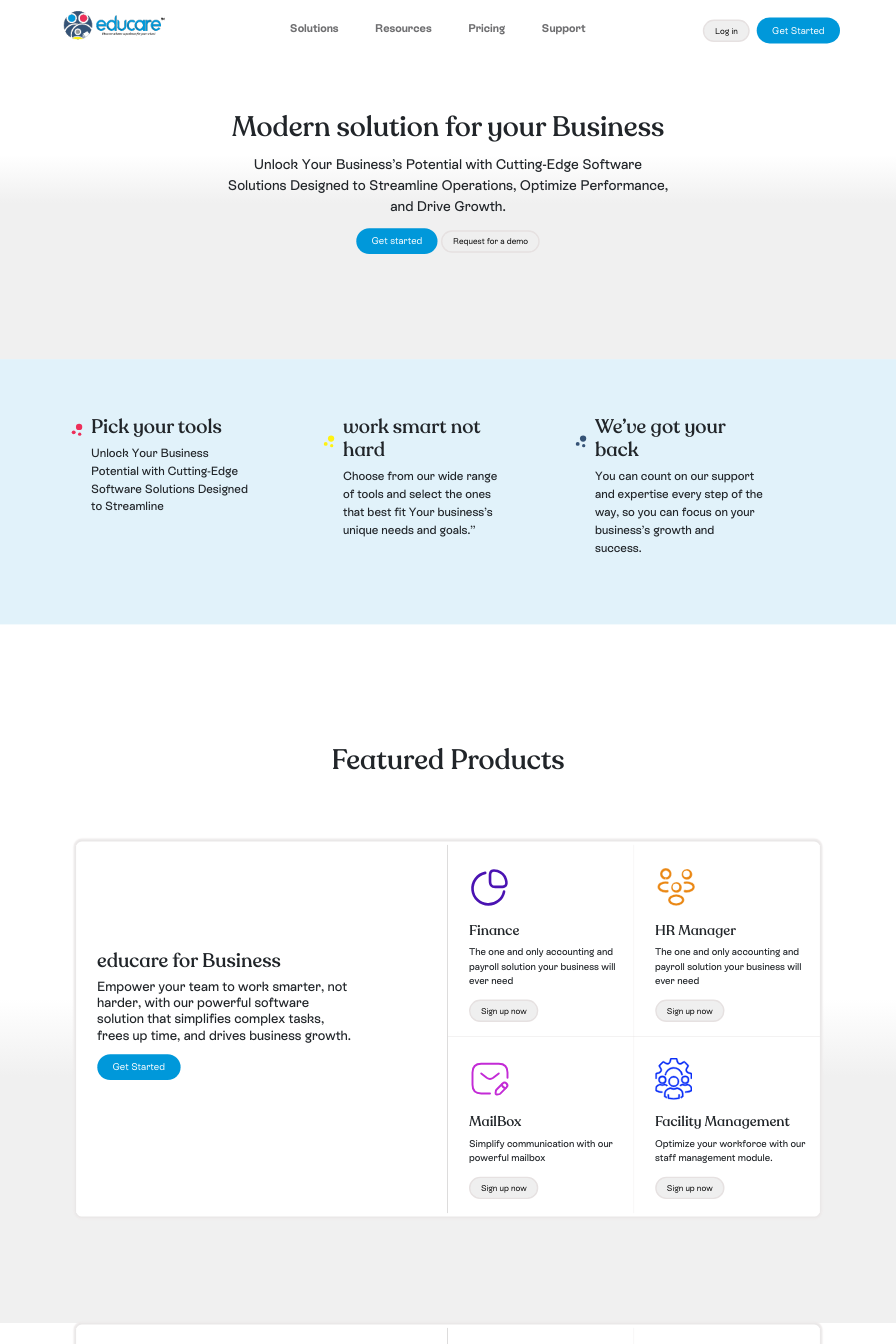
Repository: sarahnnanyelugo/educare-web
Page: /
An editor plug-in stored every save of this project. The page is shown before and after the next save, followed by the edit.
The browser window is 1280 px wide. The pictures show the part of the page from y = 0 to 1920 px (the page is 7665 px tall), at 70% of full size.
The project was rebuilt for these pictures with package versions that can differ from the ones it lists, and the page was loaded fresh each time.

Above is the page before, as saved 2023-04-07 00:31:34.

### src/App.jsx
import React from "react";
import logo from "./logo.svg";
import "./App.scss";
import "bootstrap/dist/css/bootstrap.min.css";
import { BrowserRouter, Routes, Route, Link, Outlet } from "react-router-dom";
import NavBar from "./components/NavBar/NavBar";
import { Home } from "./pages/Home/Home";
import Footer from "./components/Footer/Footer";

function App() {
  return (
    <>
      {" "}
      <NavBar />
      <Routes>
        <Route path="/" element={<Home />} />
      </Routes>
      <Footer />
    </>
  );
}

export default App;

### src/App.scss
@font-face {
  font-family: rebondG;
  src: url(./assets/fonts/Rebond_font/RebondG.otf);
}
@font-face {
  font-family: rebondG-Bold;
  src: url(./assets/fonts/Rebond_font/RebondG-Bold.otf);
}
@font-face {
  font-family: rebondG-Medium;
  src: url(./assets/fonts/Rebond_font/RebondGrotesqueMedium.otf);
}

@font-face {
  font-family: recoMedium;
  src: url(./assets/fonts/Recoleto-font/RecoletaAlt-Medium.ttf);
}

h1,
h2,
h3,
h4,
h5,
h6 {
  font-family: recoMedium;
}
p {
  font-family: rebondG-Medium;
}
@media screen and (min-width: 620px) {
  .flexy {
    display: flex;
  }
}
@media screen and (max-width: 620px) {
  .flexyM {
    display: flex;
  }
}
@media screen and (max-width: 620px) {
  body {
    padding: 0 7px;
  }
}

### src/components/NavBar/NavBar.tsx
import React from "react";
import Logo from "../../assets/images/educare-logo.png";
import { Link, NavLink } from "react-router-dom";
import "./_navbar.scss";

function NavBar() {
  return (
    <div className="navbar-container">
      <div className="logo-holder  ">
        {" "}
        <Link to={"/"}>
          {" "}
          <img className="   logo" src={Logo} alt="Scholar" />
        </Link>
      </div>
      <ul className=" list-inline list-unstyled nav-links-container">
        <li className="list-inline-item">
          <NavLink to={""} className="nav-links">
            Solutions{" "}
            <span>
              <i className="icofont-curved-down"></i>
            </span>
          </NavLink>
        </li>{" "}
        <li className="list-inline-item">
          <NavLink to={""} className="nav-links">
            Resources
          </NavLink>
        </li>{" "}
        <li className="list-inline-item">
          <NavLink to={""} className="nav-links">
            Pricing
          </NavLink>
        </li>{" "}
        <li className="list-inline-item">
          <NavLink to={""} className="nav-links">
            Support
          </NavLink>
        </li>
      </ul>
      <div className="nav-buttons">
        <button className="sign-in-button">Log in</button>
        <button className="get-started-button">Get Started</button>
      </div>
    </div>
  );
}

export default NavBar;

### src/components/Footer/Footer.tsx
import React from "react";
import Logo from "../../assets/images/white-logo.png";
import LinkedIn from "../../assets/images/linkedin.svg";
import FB from "../../assets/images/fb.svg";
import Twitter from "../../assets/images/twitter.svg";
import { Link, NavLink } from "react-router-dom";

import "./_footer.scss";
export const Footer = () => {
  return (
    <>
      <div className="footer-container ">
        <div className="col-md-11 offset-md-1 flexy">
          <div className="col-md-2 logo">
            {" "}
            <img className="" src={Logo} alt="Scholar" width="100%" />
          </div>
          <div className="col-md-6 offset-md-1 flexy flexyM quick-links">
            <div className="col-md-4">
              <ul className="list-unstyled mobile-ul">
                <h5>Solutions</h5>
                <li>
                  <Link to="" className="links">
                    Products
                  </Link>
                </li>
                <li>
                  <Link to="" className="links">
                    Enterprise offer
                  </Link>
                </li>
                <li>
                  <Link to="" className="links">
                    Partner with us
                  </Link>
                </li>
              </ul>
            </div>
            <div className="col-md-4">
              <ul className="list-unstyled mobile-ul">
                <h5>Company</h5>
                <li>
                  <Link to="" className="links">
                    About us
                  </Link>
                </li>
                <li>
                  <Link to="" className="links">
                    Jobs
                  </Link>
                </li>
                <li>
                  <Link to="" className="links">
                    Contact us
                  </Link>
                </li>{" "}
                <li>
                  <Link to="" className="links">
                    Enterprise offer
                  </Link>
                </li>
              </ul>
            </div>
            <div className="col-md-4">
              {" "}
              <ul className="list-unstyled mobile-ul">
                <h5>Resources</h5>
                <li>
                  <Link to="" className="links">
                    Help center
                  </Link>
                </li>
                <li>
                  <Link to="" className="links">
                    API Docs
                  </Link>
                </li>
                <li>
                  <Link to="" className="links">
                    Enterprise offer
                  </Link>
                </li>
                <li>
                  <Link to="" className="links">
                    Enterprise offer
                  </Link>
                </li>
              </ul>
            </div>
          </div>
          <div className="col-md-2 connect">
            <h5>Connect with us</h5>
            <ul className="list-unstyled list-inline mobile-ul">
              <li className="list-inline-item">
                {" "}
                <img className="" src={Twitter} alt="Scholar" width="100%" />
              </li>
              <li className="list-inline-item">
                {" "}
                <img className="" src={LinkedIn} alt="Scholar" width="100%" />
              </li>
              <li className="list-inline-item">
                {" "}
                <img className="" src={FB} alt="Scholar" width="100%" />
              </li>
            </ul>
          </div>
        </div>
        <div className="col-md-10 offset-md-1 credits-container flexy">
          <p className="">© educare technologies || All right reserved</p>
          <ul className="list-unstyled list-inline ">
            <li className="list-inline-item">
              <Link to="" className="links">
                Terms
              </Link>
            </li>
            <li className="list-inline-item">
              <Link to="" className="links">
                Privacy
              </Link>
            </li>
            <li className="list-inline-item">
              <Link to="" className="links">
                Cookies
              </Link>
            </li>
          </ul>
        </div>
      </div>
    </>
  );
};

export default Footer;

### src/components/NavBar/_navbar.scss
@import "../../variables";
@import "../../shared-styles";

.navbar-container {
  background: inherit;
  padding: 5px 80px;
  display: flex;
  @media screen and (max-width: 620px) {
    display: none;
  }
  .logo-holder {
    flex-grow: 1;
  }
  .nav-links-container {
    flex-grow: 1;
    margin-top: 20px;
    .nav-links {
      margin: 20px;
      color: #6f6f71;
      text-decoration: none;
      font-family: rebondG-Bold;
    }
    li {
      padding: 3px 0px;
      border-radius: 35px;
      transition: 0.5s ease;
      &:hover {
        background: rgb(224, 222, 222) !important;

        border: solid 1px grey;
      }
    }
  }
  .nav-buttons {
    .get-started-button {
      @include get-started-button;
      margin-left: 10px;
      margin-top: 20px;
    }
    .sign-in-button {
      @include login-or-signup-button;
      margin-top: 20px;
    }
  }
}

### src/pages/Home/RandomComponent/RandomComponent.tsx
import React from "react";
import "./_random-component.scss";
export interface RandomComponentProps {
  title: string;
  paragraph: string;
  icon: string;
}
export const RandomComponent = (props: RandomComponentProps) => {
  return (
    <div className="col-md-12 random-container">
      <div className="heading">
        {" "}
        <img className="" src={props.icon} alt="Scholar" width="100%" />
        <h3>{props.title}</h3>
      </div>
      <p>{props.paragraph}</p>
    </div>
  );
};

### src/pages/Home/_home.scss
@import "../../variables";
@import "../../shared-styles";

.modern-solutions-container {
  padding-top: 80px;
  padding-bottom: 150px;
  background: rgb(240, 240, 240);
  background: linear-gradient(
    0deg,
    rgba(240, 240, 240, 1) 51%,
    rgba(255, 255, 255, 1) 67%
  );

  h1 {
    font-family: recoMedium;
  }
  p {
    font-family: rebondG-Medium;
    font-size: 20px;
    margin-top: 15px;
  }
  .gs-button {
    @include get-started-button;
  }
  .request-button {
    @include login-or-signup-button;
    margin-left: 5px;
  }
}
.actions-container {
  background: $lightblue;
  height: fit-content;
  padding: 80px 100px;
  @media screen and (max-width: 620px) {
    padding: 20px 3px;
  }
}
.features-heading {
  margin-top: 170px;
  margin-bottom: 90px;
  @media screen and (max-width: 620px) {
    margin-top: 80px;
    margin-bottom: 10px;
  }
}
.features-container {
  border: solid 2px rgb(234, 232, 232);
  box-shadow: 0 0 2px 2px rgb(238, 235, 235);
  border-radius: 10px !important;
  height: fit-content;
  // margin-top: 20px;
  padding-bottom: 5px;
  padding-top: 5px;
  background: #fff;
  .first-container {
    padding-right: 130px;
    background: #fff;
    padding-left: 30px;
    border-right: solid 1px rgb(206, 205, 205);
    @media screen and (max-width: 620px) {
      padding: 0;
      text-align: center;
    }
    h3 {
      margin-top: 150px;
      @media screen and (max-width: 620px) {
        margin-top: 20px;
      }
    }
    p {
      font-size: 19px;
      line-height: 23px;
    }
    button {
      @include get-started-button;
      margin-bottom: 120px;
      @media screen and (max-width: 620px) {
        margin-bottom: 50px;
      }
    }
  }
  .second-grid {
    border-top: solid 1px rgb(231, 228, 228);
    @media screen and (max-width: 620px) {
      text-align: center;
    }
  }
  .right-features {
    border-right: solid 1px rgb(231, 228, 228);
    @media screen and (max-width: 620px) {
      text-align: center;
    }
  }
  .pastoral {
    @media screen and (max-width: 620px) {
      text-align: center;
    }
  }
}
.hr-manager {
  @media screen and (max-width: 620px) {
    text-align: center;
  }
}
.features-holder {
  background: rgb(240, 240, 240);
  background: linear-gradient(
    0deg,
    rgba(240, 240, 240, 1) 51%,
    rgba(255, 255, 255, 1) 67%
  );
}
.features-holder2 {
  background: rgb(255, 255, 255);
  background: linear-gradient(
    0deg,
    rgba(255, 255, 255, 1) 31%,
    rgba(240, 240, 240, 1) 36%,
    rgba(255, 255, 255, 1) 80%
  );
  padding-bottom: 150px;
}
.bundles {
  border: solid 2px rgb(234, 232, 232);
  box-shadow: 0 0 2px 2px rgb(238, 235, 235);
  border-radius: 10px !important;
  height: 200px;
  // margin-top: 20px;
  padding-bottom: 5px;
  padding-top: 5px;
}
.products-container {
  background: rgb(255, 255, 255);
  background: linear-gradient(
    0deg,
    rgba(255, 255, 255, 1) 15%,
    rgba(240, 240, 240, 1) 18%,
    rgba(255, 255, 255, 1) 54%,
    rgba(240, 240, 240, 1) 80%,
    rgba(255, 255, 255, 1) 91%
  );
  height: fit-content;
  .first-product-column {
    padding: 50px 0px;
    background: #ffff;
    border-top: solid 1px rgb(233, 229, 229);
    border-left: solid 1px rgb(233, 229, 229);
    margin-top: 150px;
    border-top-left-radius: 12px;
    box-shadow: 0 0 1px 1px rgb(233, 229, 229);
    @media screen and (max-width: 620px) {
      padding: 0px 0px;
    }
  }
  .second-product-column {
    padding: 50px 0px;
    background: #ffff;
    border: solid 1px rgb(233, 229, 229);
    box-shadow: 0 0 1px 1px rgb(233, 229, 229);
    border-radius: 12px;

    margin-top: 50px;
    @media screen and (max-width: 620px) {
      padding: 0px 0px;
      margin-top: 10px;
    }
  }
  .third-product-column {
    padding: 50px 0px;
    background: #ffff;
    border-top: solid 1px rgb(233, 229, 229);
    border-right: solid 1px rgb(233, 229, 229);
    margin-top: 150px;
    box-shadow: 0 0 1px 1px rgb(233, 229, 229);
    border-top-right-radius: 12px;
    @media screen and (max-width: 620px) {
      padding: 0px 0px;
      margin-top: 10px;
    }
  }
  .grid1 {
    border-right: solid 1px rgb(233, 229, 229);
  }
  .other-components {
    padding-top: 100px;
    @media screen and (max-width: 620px) {
      padding: 20px 0px;
      // margin-top: 10px;
    }
  }
  button {
    @include login-or-signup-button;
  }
}
.privacy-protection {
  height: 300px;
  width: 100%;
  background-image: url("../../assets/images/road.png");
  background-size: cover;
  background-repeat: no-repeat;
  color: #fff;
  padding: 100px 0px;
  margin-top: 130px;
  @media screen and (max-width: 620px) {
    margin-top: 50px;
    padding: 50px 0px;
    background-position: center;
  }
}
.partners-container {
  .apen {
    height: 55px;
    @media screen and (max-width: 620px) {
      height: 20px;
    }
  }
  img {
    height: 80px;
    width: 180px;
    margin-right: 20px;
    margin-left: 20px;
    filter: grayscale(100%);
    @media screen and (max-width: 620px) {
      height: 20px;
      width: 80px;
      margin-top: 20px;
    }
  }
}

### src/pages/Home/Features/Features.tsx
import React from "react";
import "./_features.scss";
export interface featuresProps {
  feature: string;
  detail: string;
  icon: string;
}
export const Features = (props: featuresProps) => {
  return (
    <>
      <div className="col-md-12 features">
        <img className="" src={props.icon} alt="Scholar" />
        <h5>{props.feature}</h5>
        <p>{props.detail}</p>
        <button>Sign up now</button>
      </div>
    </>
  );
};

export default Features;

### src/pages/Home/EducareProducts/EducareProducts.tsx
import React from "react";
import './educare-products.scss'
export interface ProductComponentProps {
  productName: string;
  productDetail: string;
  productIcon: string;
}
export const EducareProducts = (props: ProductComponentProps) => {
  return (
    <>
      <div className="col-md-12 educare-products">
        <center>
          <img
            className=""
            src={props.productIcon}
            alt="Scholar"
            width="100%"
          />
          <h3>{props.productName}</h3>
          <p>{props.productDetail}</p>
        </center>
      </div>
    </>
  );
};

export default EducareProducts;

### src/pages/Home/OtherEducareProducts/OtherEducareProducts.tsx
import React from "react";
import "./other-products.scss";
export interface OtherProductProps {
  productName: string;

  productIcon: string;
}
export const OtherEducareProducts = (props: OtherProductProps) => {
  return (
    <div className="col-md-12 other-products-container">
      <center>
        {" "}
        <img className="" src={props.productIcon} alt="icon" width="100%" />
        <h6>{props.productName}</h6>
      </center>
    </div>
  );
};

export default OtherEducareProducts;

### src/components/Footer/_footer.scss
.footer-container {
  height: fit-content;
  padding-top: 100px;
  background: rgb(30, 30, 30);
  color: #fff;
  @media screen and (max-width: 620px) {
    padding-top: 50px;
    margin-top: 40px;
  }
  .quick-links ul li {
    line-height: 40px;
    text-align: left;
  }
  .logo {
    @media screen and (max-width: 620px) {
      margin-bottom: 40px;
    }
  }
  .links {
    color: #fff;
    text-decoration: none;
    font-family: rebondG;
    font-weight: 100 !important;
    font-size: 14px;
    @media screen and (max-width: 620px) {
      font-size: 12px;
    }
  }
  .connect ul li {
    line-height: 35px;
    margin: 0 10px;
    @media screen and (max-width: 620px) {
      margin-left: 50px;
    }
  }
  .connect {
    h5 {
      @media screen and (max-width: 620px) {
        text-align: center;
        margin-top: 40px;
      }
    }
  }
  .credits-container {
    display: flex;
    border-top: solid 1px rgb(155, 154, 154);
    margin-top: 60px;
    padding-top: 30px;
    @media screen and (max-width: 620px) {
      display: grid;
      margin-left: 20px;
    }
    p {
      flex-grow: 1;
    }
  }
  .mobile-ul {
    @media screen and (max-width: 620px) {
      margin-left: 20px;
    }
  }
}

### src/_variables.scss
$blue: #0098da;
$lightblue: #e1f2fa;

@mixin get-started-button {
  background-color: $blue;
  color: #fff;
  border-radius: 35px;
  border: none;
  padding: 8px 22px;
  font-size: 14px;
  font-family: rebondG;
  &:hover {
    background: #005b83;
    transition: 0.5s ease;
  }
}
@mixin login-or-signup-button {
  baclground: #fff;
  color: black;
  border-radius: 20px;
  padding: 5px 15px;
  font-size: 12px;
  border: none;
  border: solid 2px rgb(230, 225, 225);
  font-family: rebondG;
  &:hover {
    background: grey;
    transition: 0.5s ease;
  }
}

### src/_shared-styles.scss
.mt1 {
  margin-top: 10px;
}
.mt2 {
  margin-top: 20px;
}
.mt3 {
  margin-top: 30px;
}
.mt4 {
  margin-top: 40px;
}
.mt5 {
  margin-top: 50px;
}
.mt6 {
  margin-top: 60px;
}
.mt7 {
  margin-top: 70px;
}
.mt8 {
  margin-top: 80px;
}
.mt9 {
  margin-top: 90px;
}
.bb {
  border-bottom: solid 1px rgb(233, 229, 229);
}
.bt {
  border-top: solid 1px rgb(233, 229, 229);
}
.pd {
  padding: 80px;
}

### src/pages/Home/RandomComponent/_random-component.scss
.random-container {
  img {
    width: 20px;
    // margin-right: 10px;
  }
  .heading {
    display: flex;
    h3 {
      font-family: recoMedium;
      margin-left: 10px;
    }
  }
  p {
    font-family: rebondG-Medium;
    margin-left: 30px;
    font-size: 17px;
  }
}

### src/pages/Home/Features/_features.scss
@import "../../../variables";
@import "../../../shared-styles";

.features {
  padding-left: 30px;
  height: fit-content;
  padding-bottom: 20px;
  background: #fff;
  img {
    height: 60px;
    margin-left: 0 !important;
    margin-top: 30px;
    margin-bottom: 20px;
  }
  button {
    @include login-or-signup-button;
    // margin-bottom: 50px;
  }
  p {
    font-size: 14px;
  }
}

### src/pages/Home/EducareProducts/educare-products.scss
.educare-products {
  img {
    height: 60px;
    margin-bottom: 20px;
  }
}

### src/pages/Home/OtherEducareProducts/other-products.scss
.other-products-container {
  img {
    height: 30px;
    margin-bottom: 10px;
  }
}

Loaded but not shown: public/index.html (common file); src/index.tsx (common file); src/index.css (common file); src/reportWebVitals.ts (common file); src/pages/Home/Home.tsx (599 lines, source omitted)

After the next save:
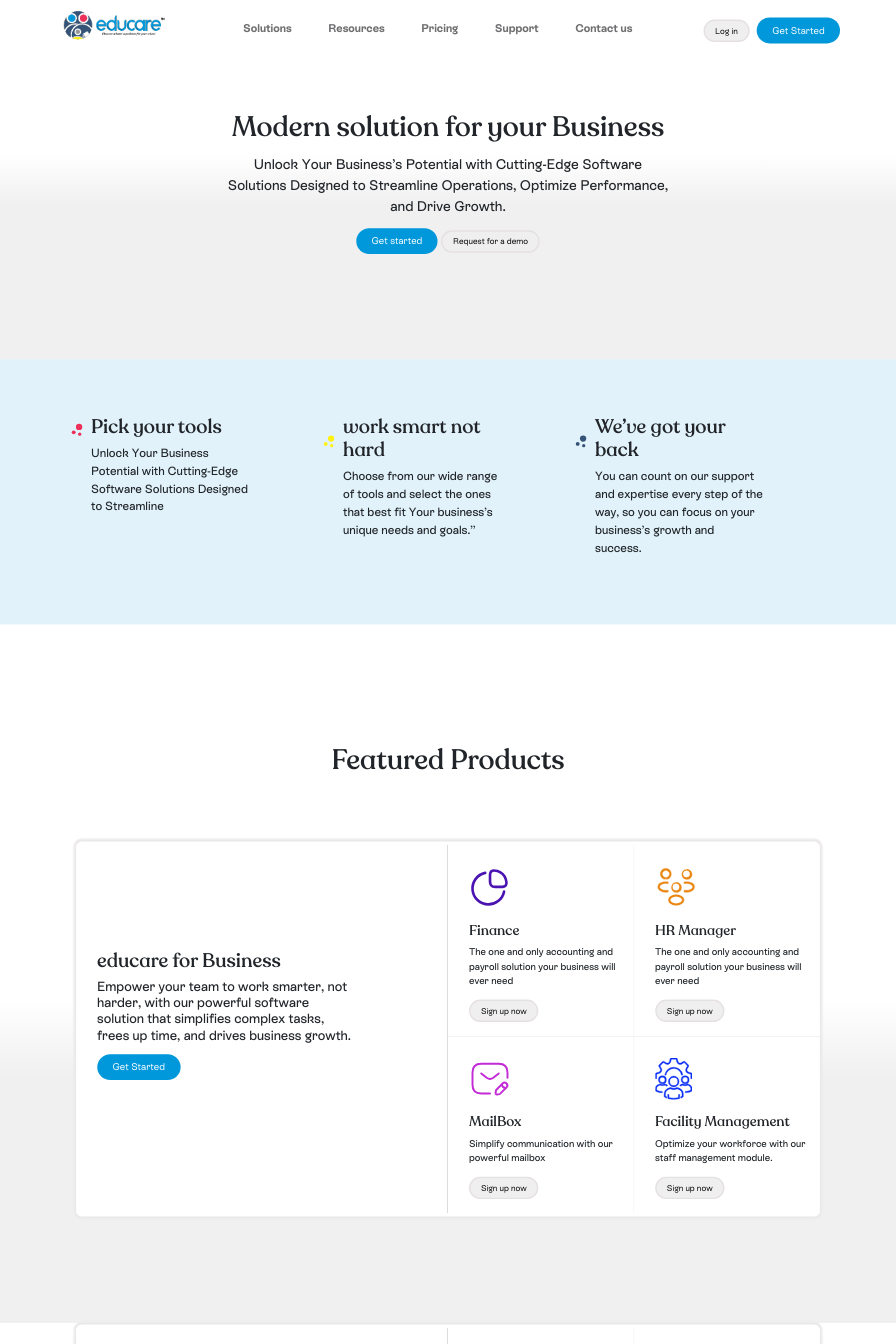
Saved 73 s later.
--- a/src/components/NavBar/NavBar.tsx
+++ b/src/components/NavBar/NavBar.tsx
@@ -36,6 +36,11 @@ function NavBar() {
           <NavLink to={""} className="nav-links">
             Support
           </NavLink>
+        </li>{" "}
+        <li className="list-inline-item">
+          <NavLink to={""} className="nav-links">
+            Contact us
+          </NavLink>
         </li>
       </ul>
       <div className="nav-buttons">
